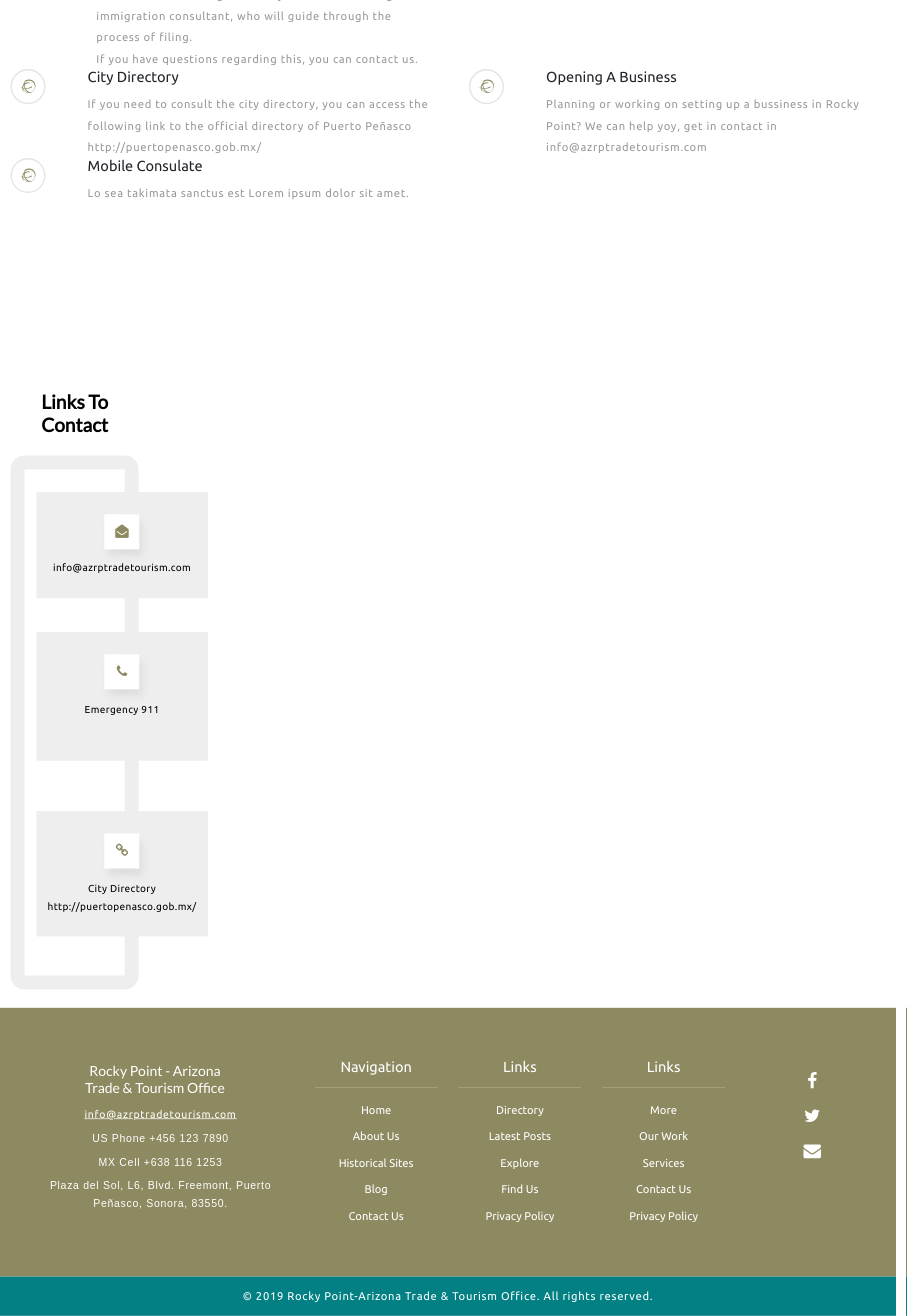
Repository: cynthiarm/Turismo
Page: services.html
The author's editor kept a copy of each file at every save. The page is drawn from the files as they stood at one save, then again after the next save.
The browser window is 1280 px wide. The page is 1295 px wide, so the pictures cover 1295 px, including what lies to the right of the window. The pictures show the part of the page from y = 1044 to 2924 px (the page is 2924 px tall before and 2864 px after), at 70% of full size.

Above is the page before, as saved 2019-05-19 14:24:58.

After the next save:
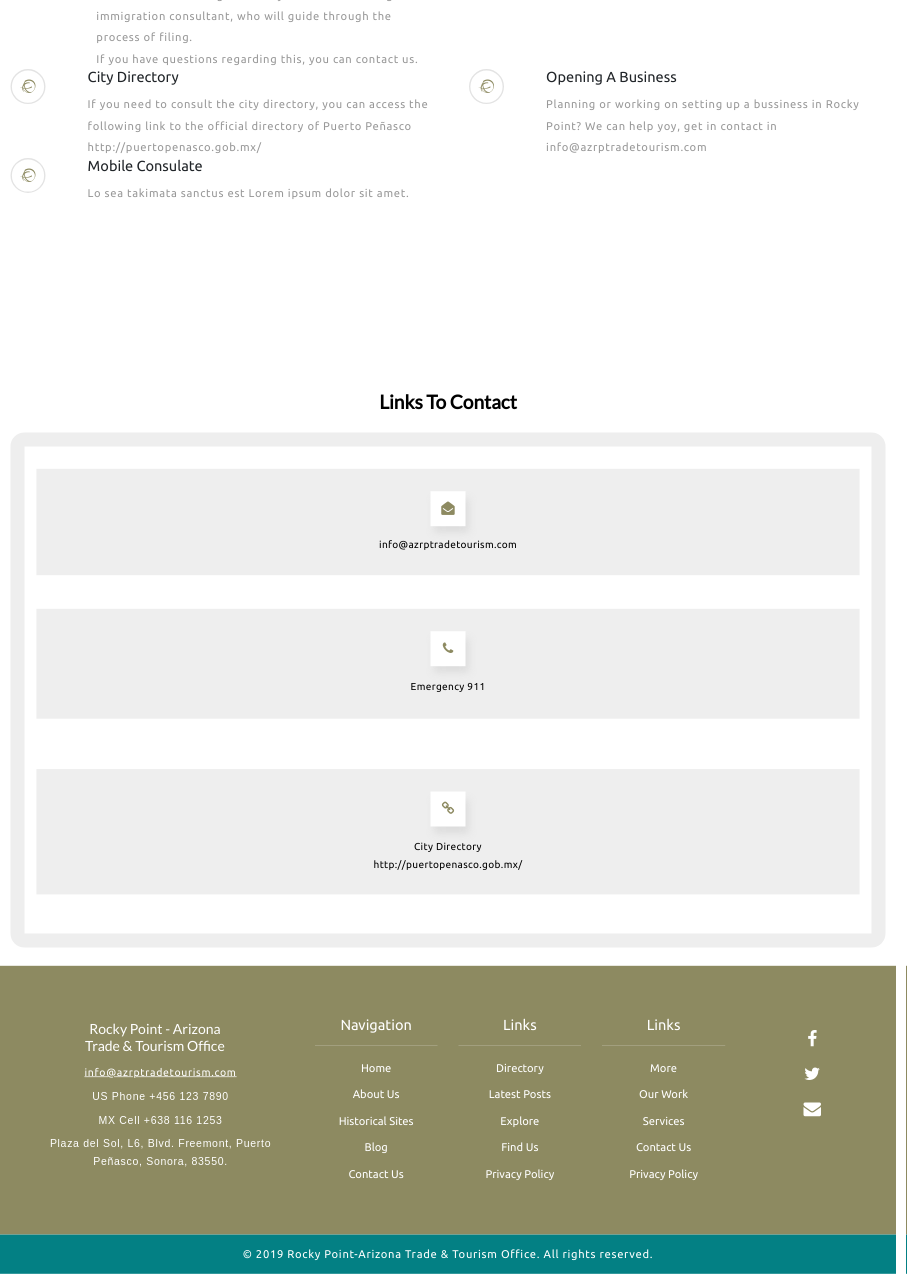
Saved 4 min 0 s later.
--- a/services.html
+++ b/services.html
@@ -247,7 +247,7 @@
 <!-- contact-->
 
 <section class="contact-moa-tem align-amum-mk" id="contact"></section>
-    <div class="col-lg-2 text-center">
+    <div class="col-lg-12 text-center">
         <h5 class="cont-form">Links to contact</h5>
         <div class="contact-form-moa-temlayouts">
         <div class="row flex-column">

After the save that followed:
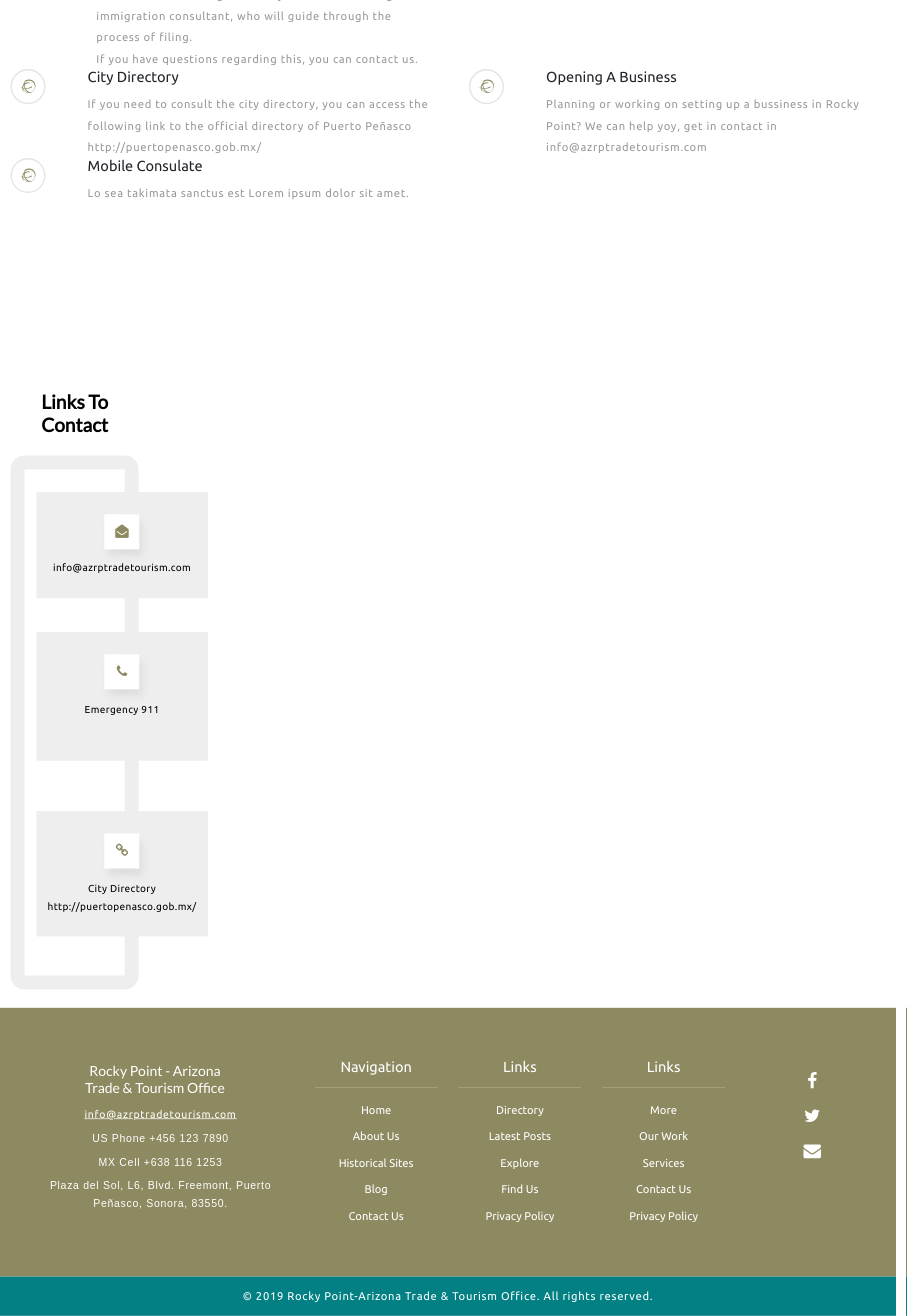
Saved 18 s later.
--- a/services.html
+++ b/services.html
@@ -247,7 +247,7 @@
 <!-- contact-->
 
 <section class="contact-moa-tem align-amum-mk" id="contact"></section>
-    <div class="col-lg-12 text-center">
+    <div class="col-lg-2 text-center justify-content-center">
         <h5 class="cont-form">Links to contact</h5>
         <div class="contact-form-moa-temlayouts">
         <div class="row flex-column">
